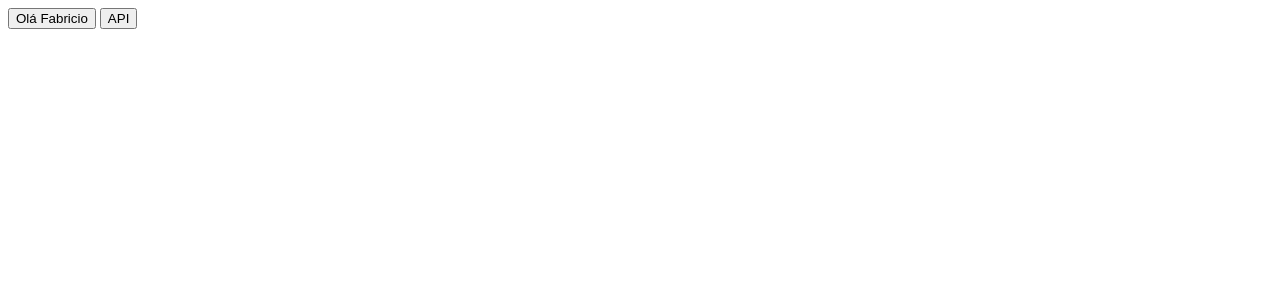
Repository: KennedyWanderson/applying-API
Page: index.html
These files come from the project's save history. The page is drawn as it stood at one moment and after a run of saves; the edit follows.
The browser window is 1280 px wide. The pictures show the whole page.

Above is the page before, as saved 2024-01-14 14:06:58.

### index.html
<!DOCTYPE html>
<html lang="en">
<head>
    <meta charset="UTF-8">
    <meta name="viewport" content="width=device-width, initial-scale=1.0">
    <title>Document</title>
</head>
<body>



    <button onclick="Teste()">Olá Fabricio</button>
    <button onclick="Get()">API</button>
</body>
    <script src="./index.js"></script>
</html>

### index.js


function Teste(){
    console.log("Hello World!!!!")
}

function Get() {

    return fetch('https://apigenerator.dronahq.com/api/J4WXW45N/data')

      .then((response) => response.json())

      .then((data) => console.log(data));

  }

After the next 2 saves:
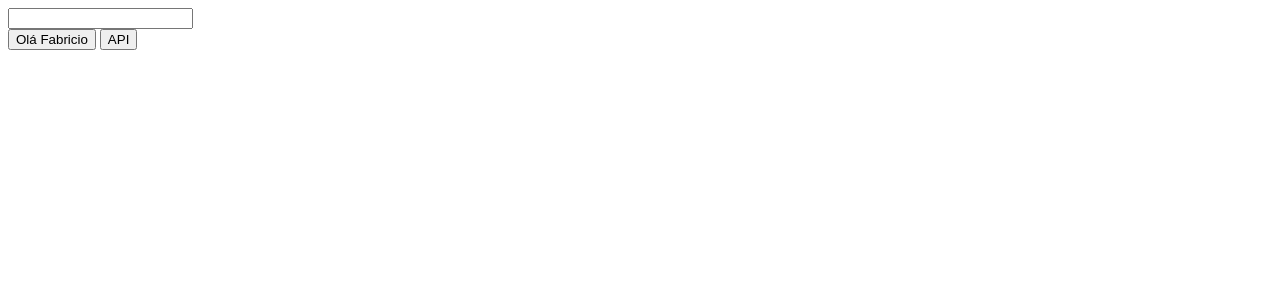
The 2 saves are shown as one change because they came seconds apart.
The last was saved 7 s later.
--- a/index.html
+++ b/index.html
@@ -7,7 +7,9 @@
 </head>
 <body>
 
-
+    <div>
+        <input type="text">
+    </div>
 
     <button onclick="Teste()">Olá Fabricio</button>
     <button onclick="Get()">API</button>
